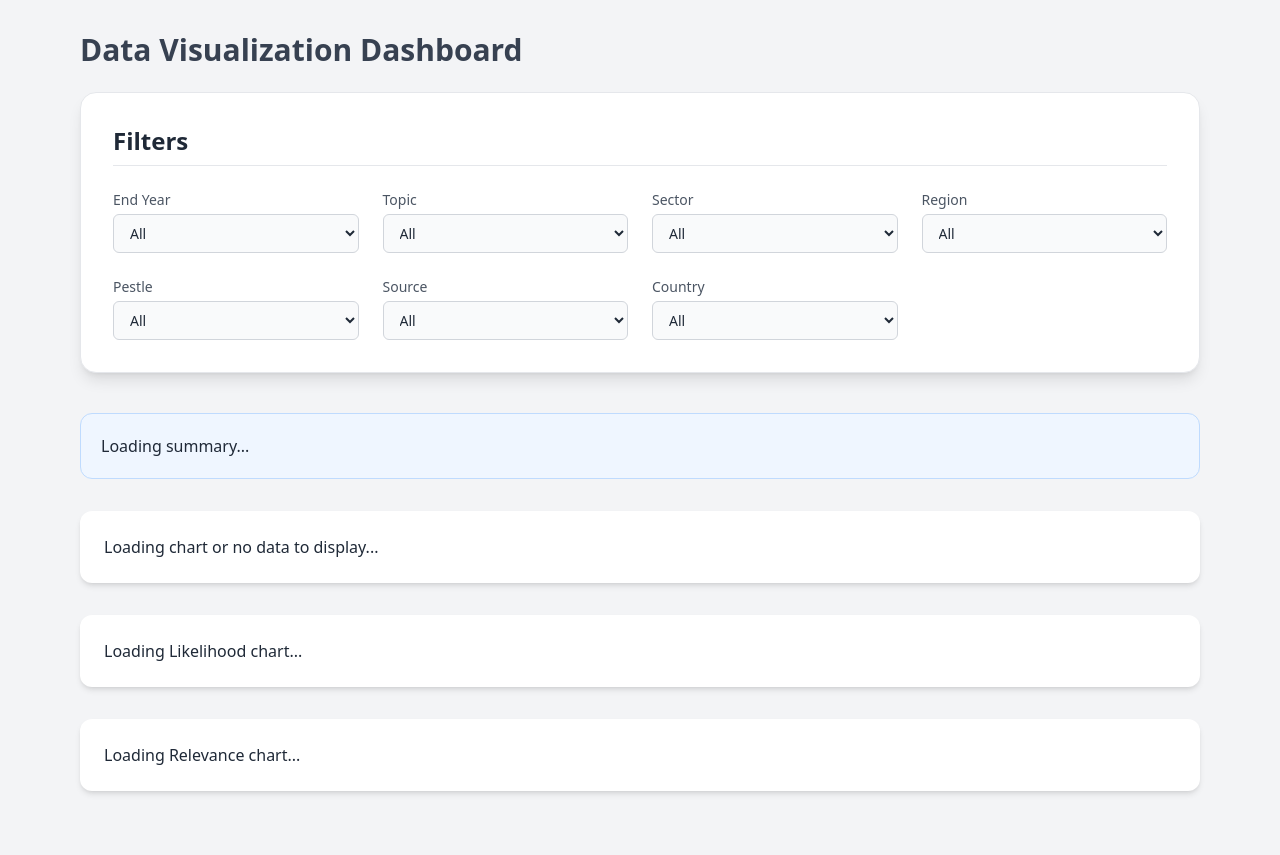
Repository: dikshant-s/DataVisualizationDashboard
Page: / (app in frontend/)
The author's editor kept a copy of each file at every save. The page is drawn from the files as they stood at one save, then again after the next save.
The browser window is 1280 px wide. The pictures show the whole page.
The page's requests for data from a server got no answer. The project was rebuilt for these pictures with package versions that can differ from the ones it lists, and the page was loaded fresh each time. No one was signed in, and anything a server would have sent is missing.

Above is the page before, as saved 2025-06-29 10:57:27.

### frontend/public/index.html
<!DOCTYPE html>
<html lang="en">
  <head>
    <meta charset="utf-8" />
    <link rel="icon" href="%PUBLIC_URL%/favicon.ico" />
    <meta name="viewport" content="width=device-width, initial-scale=1" />
    <meta name="theme-color" content="#000000" />
    <title>Data Visualization Dashboard</title>
  </head>
  <body>
    <noscript>You need to enable JavaScript to run this app.</noscript>
    <div id="root"></div>
  </body>
</html>

### frontend/src/App.js
import React, { useState } from "react";
import FilterPanel from "./components/FilterPanel";
import IntensityBarChart from "./components/IntensityBarChart";
import LikelihoodLineChart from "./components/LikelihoodLineChart";
import RelevanceTopicChart from "./components/RelevanceTopicChart";
import Summary from "./components/Summary";

const App = () => {
  const [filters, setFilters] = useState({});

  return (
    <div className="bg-gray-100 min-h-screen text-gray-800 font-sans">
      <div className="max-w-6xl mx-auto px-4 py-8">
        <h1 className="text-3xl font-bold text-gray-700 mb-6">
          Data Visualization Dashboard
        </h1>

        <FilterPanel setFilters={setFilters} />

        <div className="bg-blue-50 border border-blue-200 p-5 rounded-xl mb-8">
          <Summary filters={filters} />
        </div>

        <div className="bg-white rounded-xl shadow-md p-6 mb-8 overflow-x-auto">
          <IntensityBarChart filters={filters} />
        </div>

        <div className="bg-white rounded-xl shadow-md p-6 mb-8 overflow-x-auto">
          <LikelihoodLineChart filters={filters} />
        </div>

        <div className="bg-white rounded-xl shadow-md p-6 mb-8 overflow-x-auto">
          <RelevanceTopicChart filters={filters} />
        </div>
      </div>
    </div>
  );
};

export default App;

### frontend/src/components/FilterPanel.js
import React, { useEffect, useState } from "react";
import axios from "axios";

const fields = ["end_year", "topic", "sector", "region", "pestle", "source", ,"country"];

const FilterPanel = ({ setFilters }) => {
  const [filterOptions, setFilterOptions] = useState({});
  const [selected, setSelected] = useState({});

  useEffect(() => {
    fields.forEach((field) => {
      axios
        .get(`http://localhost:5000/api/data/filters/${field}`)
        .then((res) =>
          setFilterOptions((prev) => ({ ...prev, [field]: res.data }))
        );
    });
  }, []);

  const handleChange = (e) => {
    const { name, value } = e.target;
    const newSelected = { ...selected, [name]: value };
    setSelected(newSelected);
    setFilters(newSelected);
  };

  return (
    <div className="bg-white rounded-2xl shadow-lg p-8 mb-10 border border-gray-200">
      <h3 className="text-2xl font-bold text-gray-800 mb-6 border-b pb-2">
        Filters
      </h3>
      <div className="grid grid-cols-1 sm:grid-cols-2 md:grid-cols-3 lg:grid-cols-4 gap-6">
        {fields.map((field) => (
          <div key={field} className="flex flex-col">
            <label className="text-sm text-gray-600 font-medium mb-1 capitalize">
              {field.replaceAll("_", " ")}
            </label>
            <select
              name={field}
              onChange={handleChange}
              className="border border-gray-300 bg-gray-50 text-sm rounded-md px-3 py-2 focus:outline-none focus:ring-2 focus:ring-blue-500"
            >
              <option value="All">All</option>
              {(filterOptions[field] || []).map((val) => (
                <option key={val} value={val}>{val}</option>
              ))}
            </select>
          </div>
        ))}
      </div>
    </div>
  );
};

export default FilterPanel;

### frontend/src/components/IntensityBarChart.js
import React, { useEffect, useState } from "react";
import axios from "axios";
import { Bar } from "react-chartjs-2";
import { Chart as ChartJS, BarElement, CategoryScale, LinearScale } from 'chart.js';

ChartJS.register(BarElement, CategoryScale, LinearScale);

const IntensityBarChart = ({ filters }) => {
  const [chartData, setChartData] = useState(null);

  useEffect(() => {
    const params = new URLSearchParams(filters).toString();
    axios.get("http://localhost:5000/api/data?" + params)
      .then((res) => {
        const grouped = {};
        res.data.forEach(item => {
          const country = item.country || "Unknown";
          grouped[country] = (grouped[country] || 0) + (item.intensity || 0);
        });

        const labels = Object.keys(grouped);
        const values = Object.values(grouped);

        setChartData({
          labels: labels,
          datasets: [{
            label: "Total Intensity",
            data: values,
            backgroundColor: "rgba(75,192,192,0.6)",
            borderRadius: 5,
          }]
        });
      }).catch((err) => {
        console.error("Error fetching data:", err);
      });
  }, [filters]);

  if (!chartData || chartData.labels.length === 0) {
    return <p>Loading chart or no data to display...</p>;
  }

  return (
    <div style={{ maxWidth: "800px", margin: "auto" }}>
      <h3>Intensity by Country</h3>
      <Bar data={chartData} />
    </div>
  );
};

export default IntensityBarChart;

### frontend/src/components/LikelihoodLineChart.js
import React, { useEffect, useState } from "react";
import axios from "axios";
import { Line } from "react-chartjs-2";
import { Chart as ChartJS, LineElement, PointElement, CategoryScale, LinearScale } from "chart.js";

ChartJS.register(LineElement, PointElement, CategoryScale, LinearScale);

const LikelihoodLineChart = ({ filters }) => {
  const [chartData, setChartData] = useState(null);

  useEffect(() => {
    const params = new URLSearchParams(filters).toString();
    axios.get("http://localhost:5000/api/data?" + params)
      .then((res) => {
        const grouped = {};
        res.data.forEach(item => {
          const year = item.start_year || "Unknown";
          grouped[year] = (grouped[year] || 0) + (item.likelihood || 0);
        });

        const labels = Object.keys(grouped).sort();
        const values = labels.map(l => grouped[l]);

        setChartData({
          labels,
          datasets: [{
            label: "Likelihood Over Years",
            data: values,
            borderColor: "#36a2eb",
            fill: false
          }]
        });
      });
  }, [filters]);

  if (!chartData) return <p>Loading Likelihood chart...</p>;

  return (
    <div style={{ maxWidth: "800px", margin: "auto" }}>
      <h3>Likelihood Over Years</h3>
      <Line data={chartData} />
    </div>
  );
};

export default LikelihoodLineChart;

### frontend/src/components/RelevanceTopicChart.js
import React, { useEffect, useState } from "react";
import axios from "axios";
import { Bar } from "react-chartjs-2";
import { Chart as ChartJS, BarElement, CategoryScale, LinearScale } from "chart.js";

ChartJS.register(BarElement, CategoryScale, LinearScale);

const RelevanceTopicChart = ({ filters }) => {
  const [chartData, setChartData] = useState(null);

  useEffect(() => {
    const params = new URLSearchParams(filters).toString();
    axios.get("http://localhost:5000/api/data?" + params)
      .then((res) => {
        const grouped = {};
        res.data.forEach(item => {
          const topic = item.topic || "Unknown";
          grouped[topic] = (grouped[topic] || 0) + (item.relevance || 0);
        });

        const labels = Object.keys(grouped);
        const values = labels.map(l => grouped[l]);

        setChartData({
          labels,
          datasets: [{
            label: "Relevance by Topic",
            data: values,
            backgroundColor: "rgba(153, 102, 255, 0.6)"
          }]
        });
      });
  }, [filters]);

  if (!chartData) return <p>Loading Relevance chart...</p>;

  return (
    <div style={{ maxWidth: "800px", margin: "auto" }}>
      <h3>Relevance by Topic</h3>
      <Bar data={chartData} options={{ indexAxis: "y" }} />
    </div>
  );
};

export default RelevanceTopicChart;

### frontend/src/components/Summary.js
import React, { useEffect, useState } from "react";
import axios from "axios";

const Summary = ({ filters }) => {
  const [summary, setSummary] = useState(null);

  useEffect(() => {
    const params = new URLSearchParams(filters).toString();
    axios.get("http://localhost:5000/api/data?" + params)
      .then((res) => {
        const data = res.data;
        const total = data.length;
        const avg = (key) => total === 0 ? 0 : (data.reduce((sum, d) => sum + (d[key] || 0), 0) / total).toFixed(2);

        setSummary({
          total,
          avgIntensity: avg("intensity"),
          avgLikelihood: avg("likelihood"),
          avgRelevance: avg("relevance")
        });
      });
  }, [filters]);

  if (!summary) return <p>Loading summary...</p>;

  return (
    <div style={{ padding: "10px 20px", border: "1px solid #ccc", margin: "20px auto", maxWidth: 600 }}>
      <h3>Summary</h3>
      <p><strong>Total Records:</strong> {summary.total}</p>
      <p><strong>Average Intensity:</strong> {summary.avgIntensity}</p>
      <p><strong>Average Likelihood:</strong> {summary.avgLikelihood}</p>
      <p><strong>Average Relevance:</strong> {summary.avgRelevance}</p>
    </div>
  );
};

export default Summary;

Loaded but not shown: frontend/src/index.js (common file); frontend/src/index.css (common file); frontend/tailwind.config.js (common file)

After the next save:
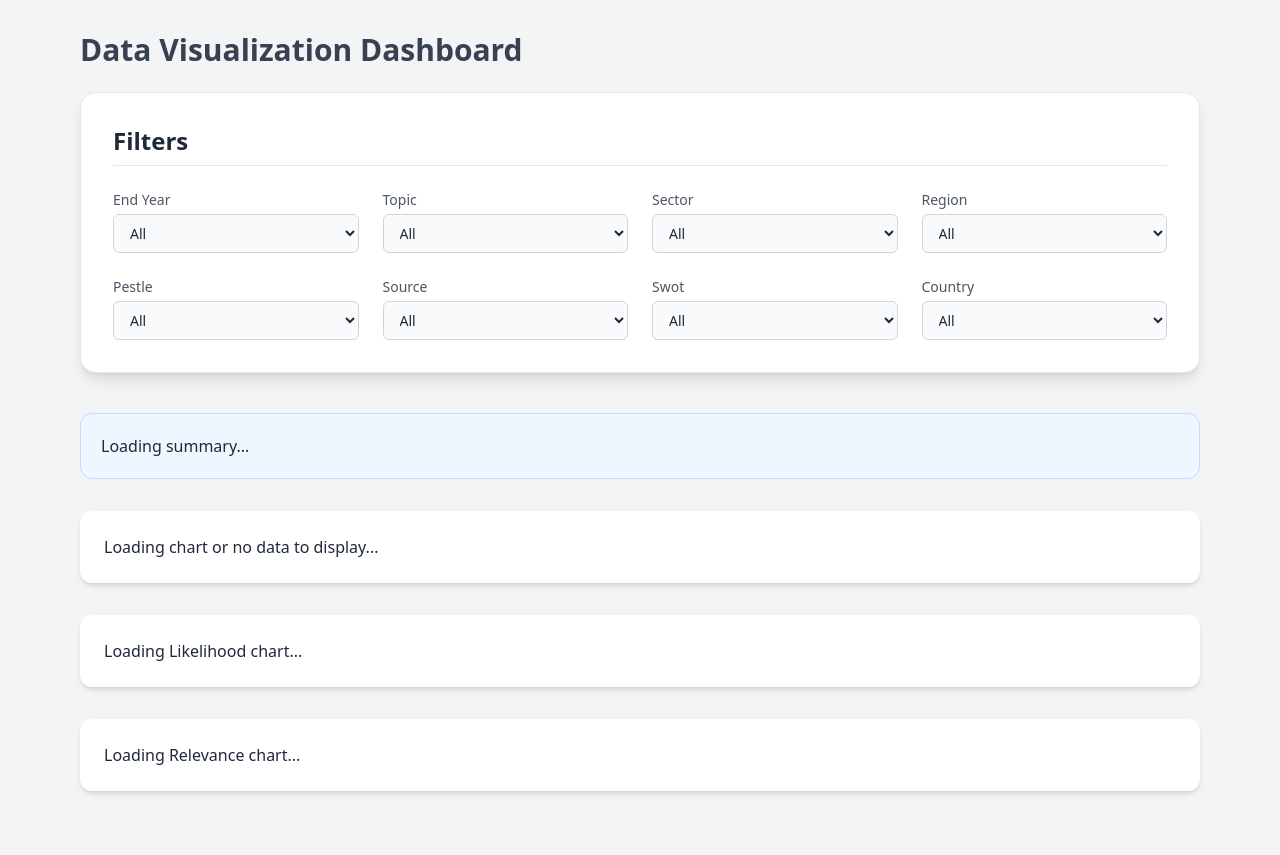
Saved 5 s later.
--- a/frontend/src/components/FilterPanel.js
+++ b/frontend/src/components/FilterPanel.js
@@ -1,7 +1,7 @@
 import React, { useEffect, useState } from "react";
 import axios from "axios";
 
-const fields = ["end_year", "topic", "sector", "region", "pestle", "source", ,"country"];
+const fields = ["end_year", "topic", "sector", "region", "pestle", "source", "swot","country"];
 
 const FilterPanel = ({ setFilters }) => {
   const [filterOptions, setFilterOptions] = useState({});
